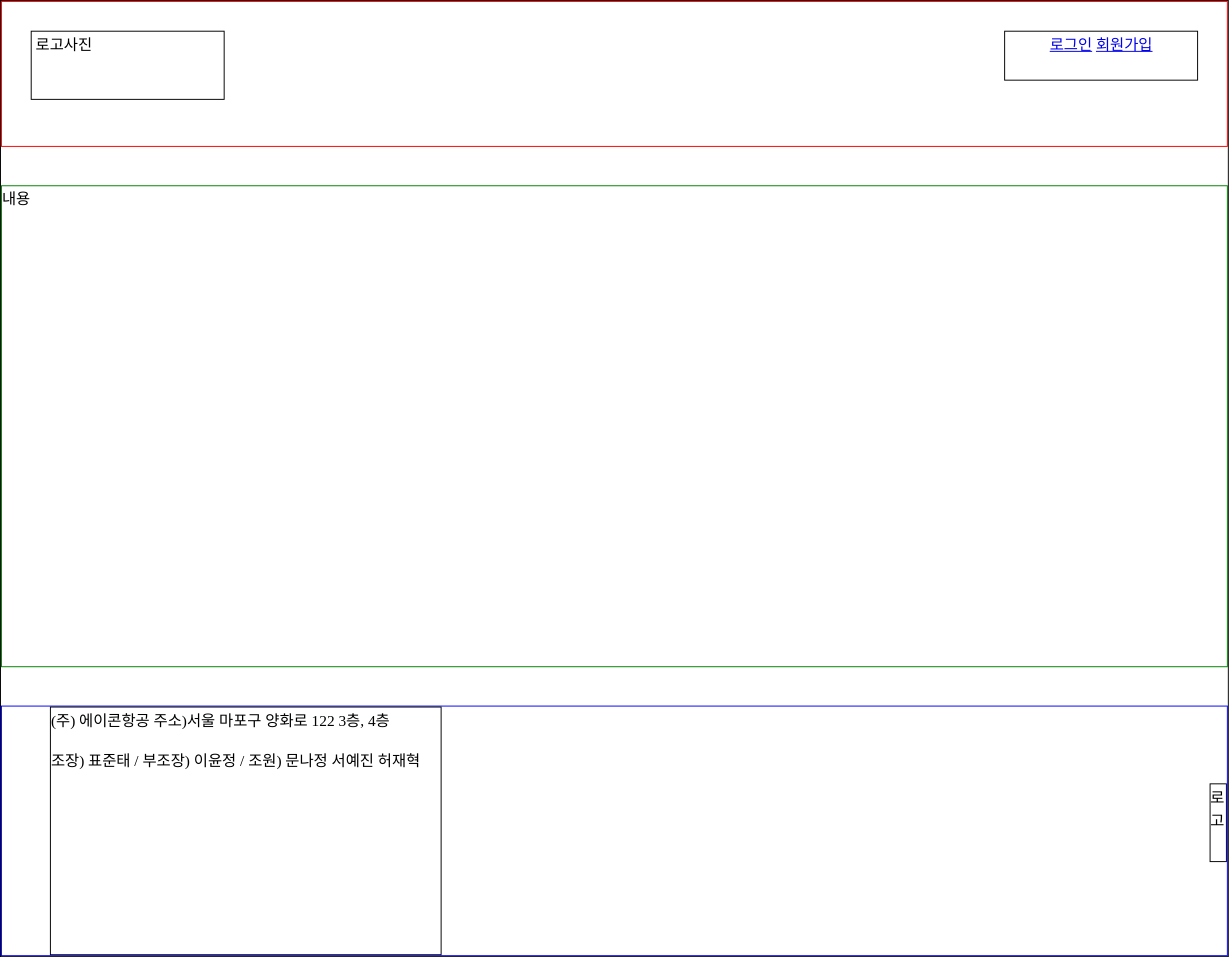
Repository: juntae710/Acorn_AirlineReservation_Project
Page: http://localhost/prj3_1/WEB-INF/views/h_index.jsp
The author's editor kept a copy of each file at every save. The page is drawn from the files as they stood at one save, then again after the next save.
The browser window is 1280 px wide. The pictures show the whole page, at 96% of full size.
The page is served by Tomcat 9. Nobody is signed in. The template is opened directly, without the code that normally fills it, so the values that code supplies are empty.

Above is the page before, as saved 2023-09-20 01:14:28.

After the next save:
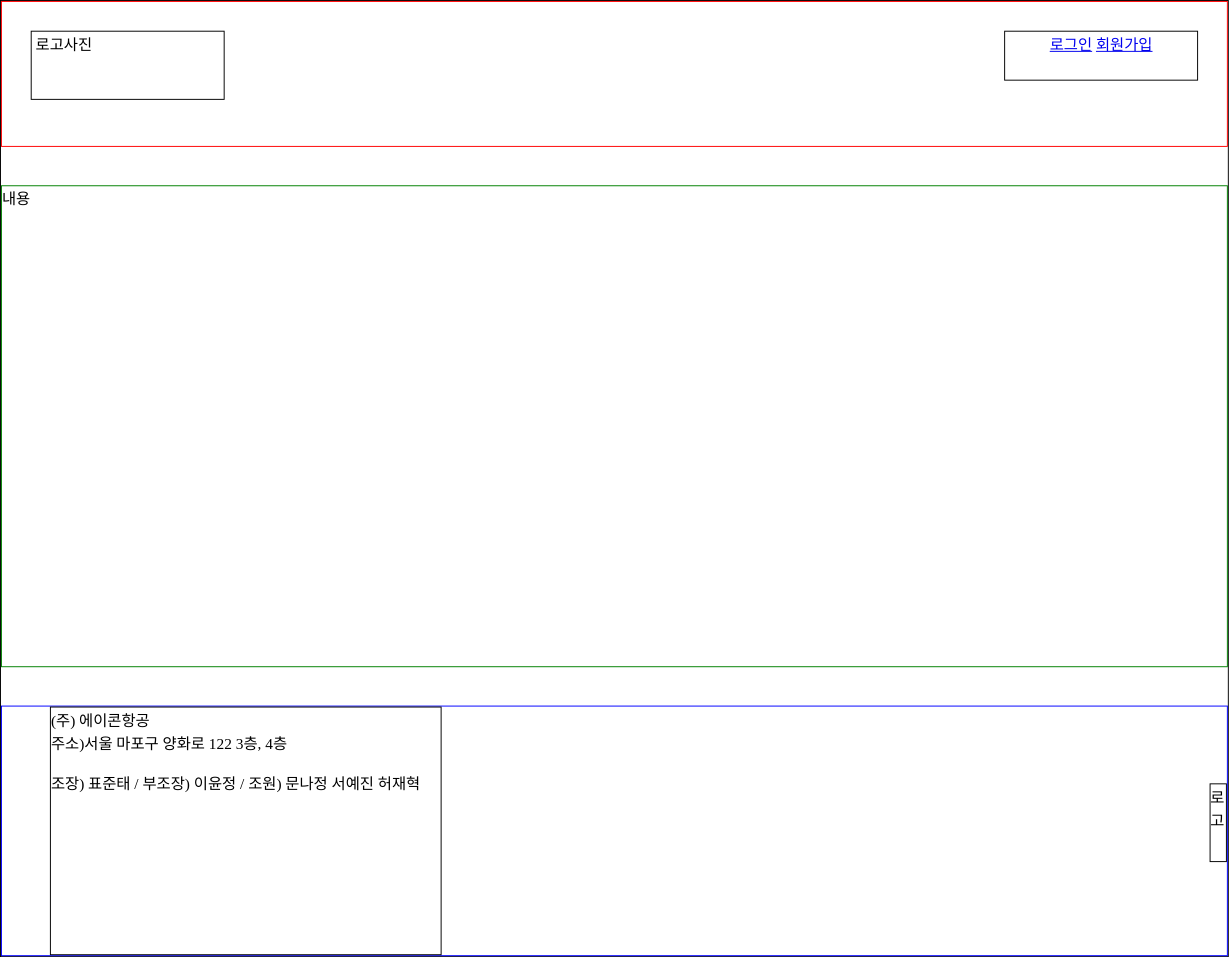
Saved 12 s later.
--- a/Eclipse/prj3_1/src/main/webapp/WEB-INF/views/h_index.jsp
+++ b/Eclipse/prj3_1/src/main/webapp/WEB-INF/views/h_index.jsp
@@ -107,7 +107,8 @@ margin-top: 80px;
 
 
 		<footer>
-		<div class="footer_info">(주) 에이콘항공  주소)서울 마포구 양화로 122 3층, 4층 <br><br>
+		<div class="footer_info">(주) 에이콘항공 <br>
+			 주소)서울 마포구 양화로 122 3층, 4층 <br><br>
 			조장) 표준태 / 부조장) 이윤정 / 조원) 문나정 서예진 허재혁
 		 </div>
 		<div class="footer_img"><img alt="" src="">로고</div>
